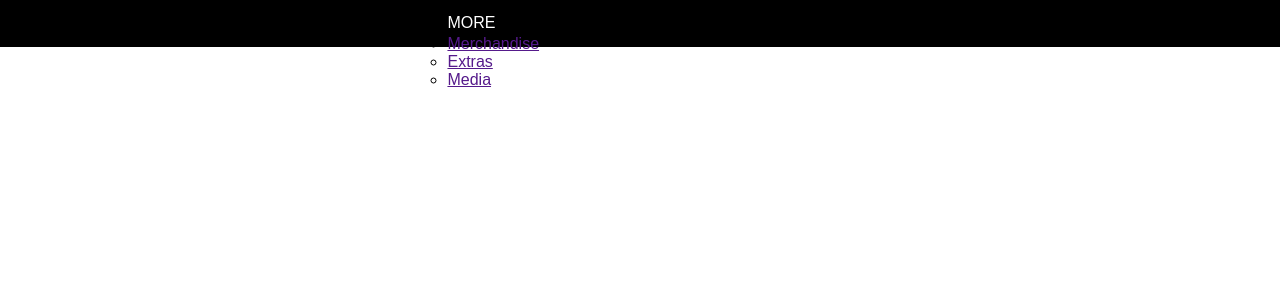
Repository: ngotranphuongbao/theband
Page: index.html
An editor plug-in stored every save of this project. The page is shown before and after the next save, followed by the edit.
The browser window is 1280 px wide. The pictures show the whole page.
Some web libraries are served in a nearby version.

Above is the page before, as saved 2022-12-21 18:26:57.

After the next save:
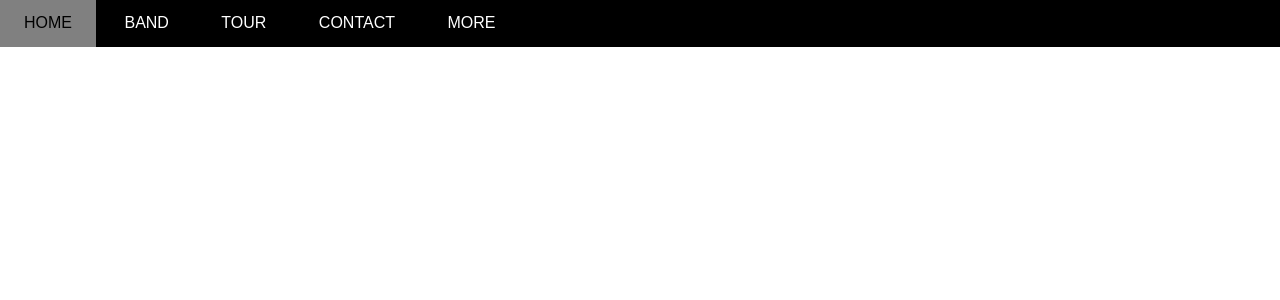
Saved 33 s later.
--- a/assets/css/style.css
+++ b/assets/css/style.css
@@ -37,6 +37,9 @@
     color: black;
 }
 
+#subnav {
+    display: none;
+}
 #slider {
 
 }

After the save that followed:
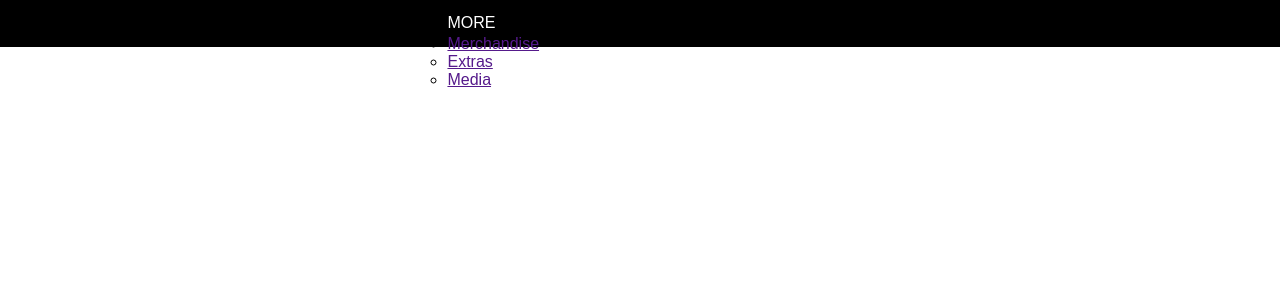
Saved 77 s later.
--- a/assets/css/style.css
+++ b/assets/css/style.css
@@ -38,7 +38,7 @@
 }
 
 #subnav {
-    display: none;
+    /* display: none; */
 }
 #slider {
 
